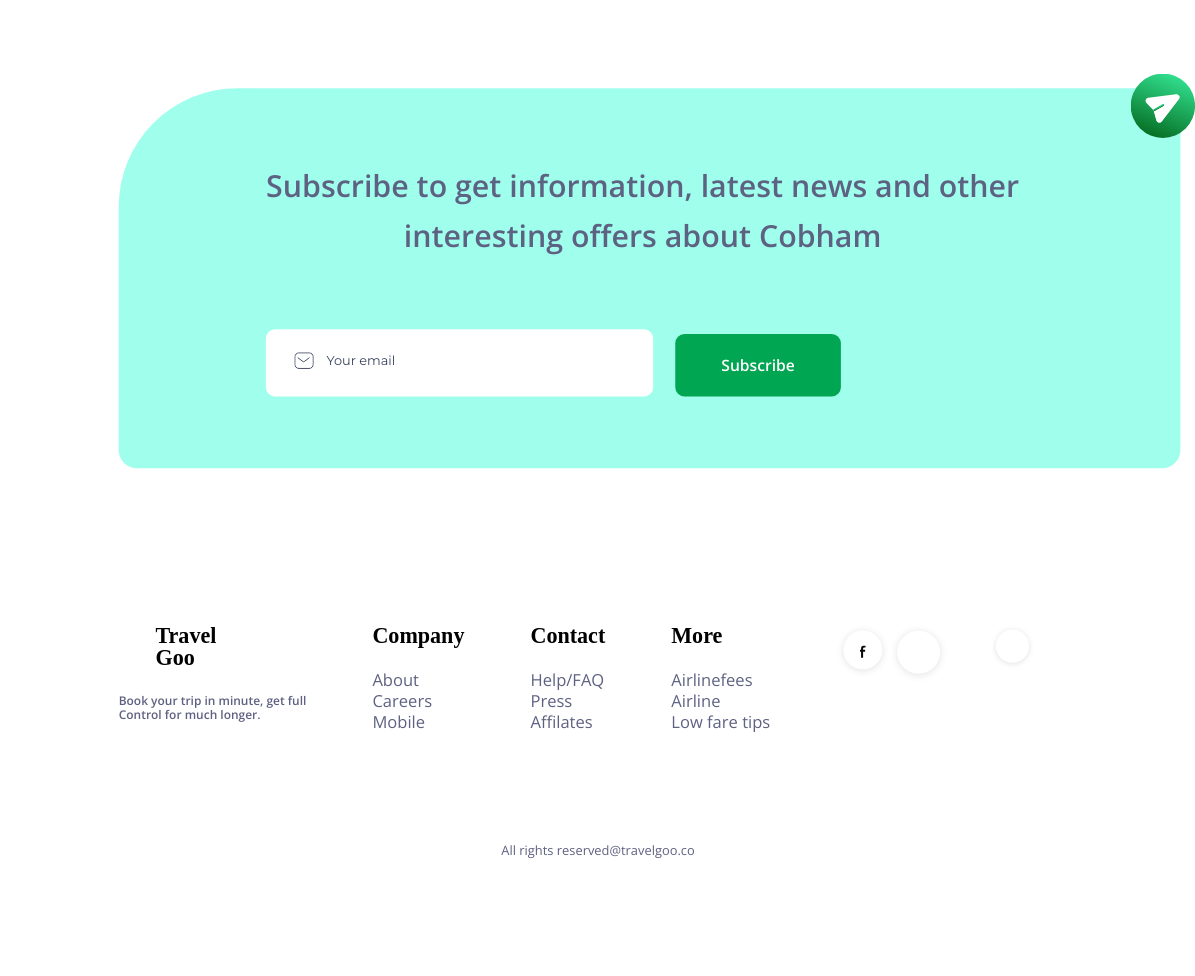
Repository: HeybetzadeQedim/task-5
Page: index.html
The author's editor kept a copy of each file at every save. The page is drawn from the files as they stood at one save, then again after the next save.
The browser window is 1280 px wide. The page is 1299 px wide, so the pictures cover 1299 px, including what lies to the right of the window. The pictures show the whole page, at 92% of full size.
Some web fonts or font styles are not loaded; a fallback is used.

Above is the page before, as saved 2023-10-16 16:06:22.

After the next save:
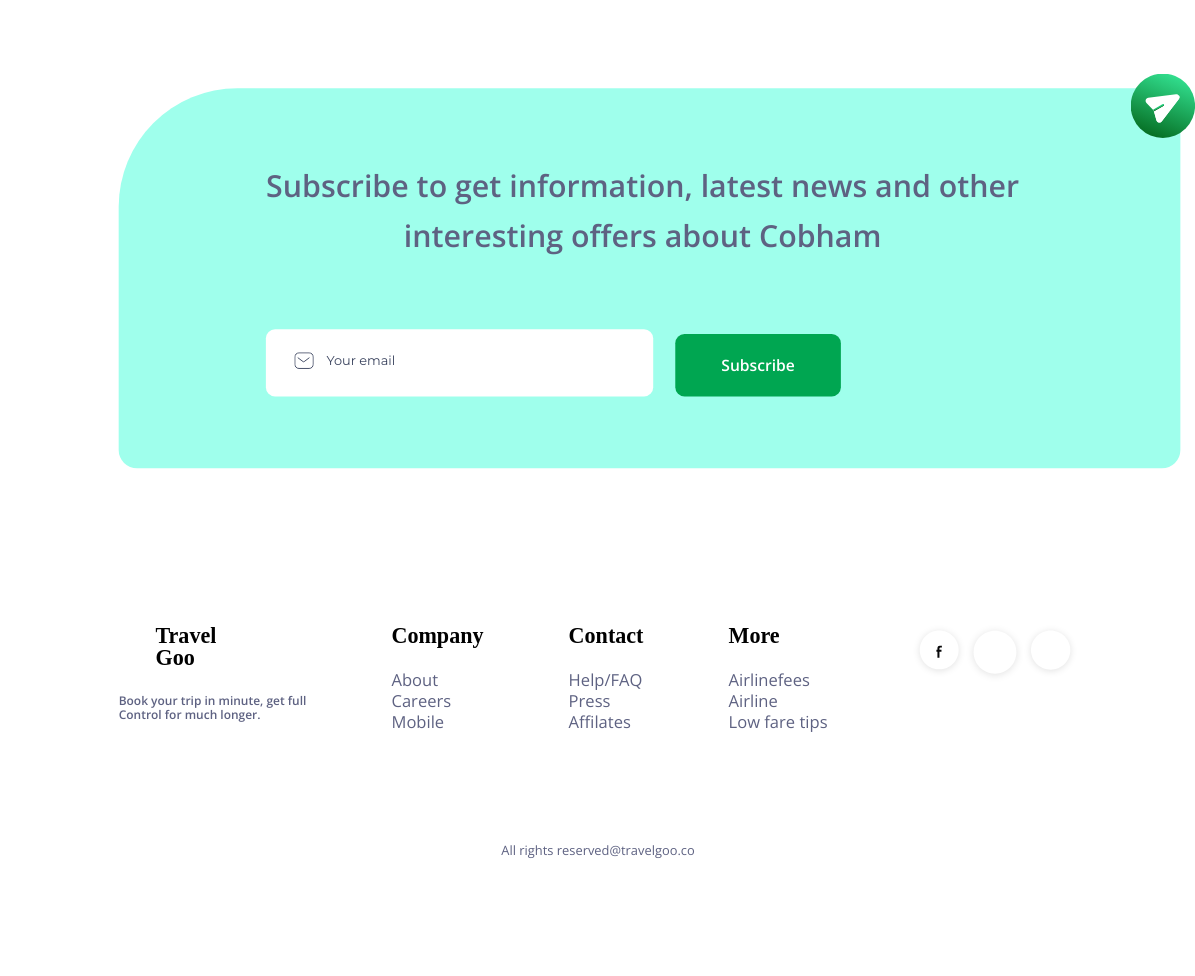
Saved 59 s later.
--- a/index.css
+++ b/index.css
@@ -198,11 +198,7 @@
   width: 141px;
   height: 49px;
 }
-.last-container img:last-child {
-  /* margin-right: 40px; */
-  width: 141px;
-  height: 49px;
-}
+
 .footer-container p {
   color: var(--3rd, #e5e5e5);
   font-family: Roboto;
